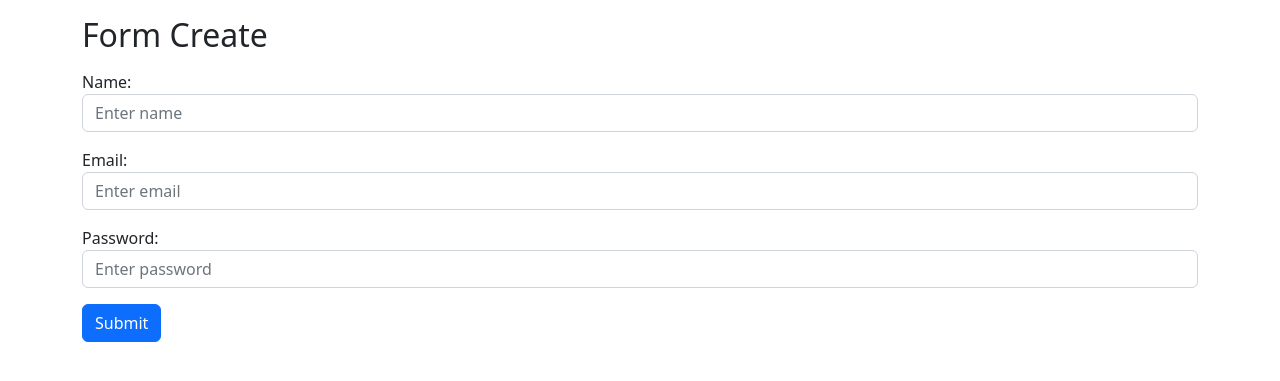
Repository: HoangLinh2001/PHP
Page: http://localhost/create_employee.php
An editor plug-in stored every save of this project. The page is shown before and after the next save, followed by the edit.
The browser window is 1280 px wide. The pictures show the whole page.
The page is run by PHP 8.4 with error messages shown; the project is at /var/www/html/.

Above is the page before, as saved 2023-06-20 20:58:42.

### DEMOPHPBUOI2/create_employee.php
<!DOCTYPE html>
<html lang="en">
<head>
  <title>Bootstrap Example</title>
  <meta charset="utf-8">
  <meta name="viewport" content="width=device-width, initial-scale=1">
  <link href="https://cdn.jsdelivr.net/npm/bootstrap@5.2.3/dist/css/bootstrap.min.css" rel="stylesheet">
  <script src="https://cdn.jsdelivr.net/npm/bootstrap@5.2.3/dist/js/bootstrap.bundle.min.js"></script>
</head>
<body>

<?php
require_once('connectdb.php');
$name = $email = $password = "";
$nameError = "";
$emailError = "";
$passwordError = "";
if ($_SERVER["REQUEST_METHOD"] == "POST") {
    // Kiểm tra và lấy giá trị từ form
    $name = $_POST["name"];
    $email = $_POST["email"];
    $password = $_POST["password"];

    // Kiểm tra điều kiện và xử lý dữ liệu
    if (empty($name)) {
        $nameError = "Name is required";
    }

    if (empty($password)) {
        $passwordError = "Password is required";
    }

    // Nếu không có lỗi, thực hiện lưu dữ liệu vào cơ sở dữ liệu hoặc thực hiện các xử lý khác ở đây
    if (empty($nameError) && empty($passwordError)) {
        // Kết nối đến cơ sở dữ liệu
        $conn = new mysqli("localhost", "username", "password", "database_name");

        // Kiểm tra kết nối
        if ($conn->connect_error) {
            die("Connection failed: " . $conn->connect_error);
        }

        // Tiến hành xử lý lưu dữ liệu vào cơ sở dữ liệu hoặc các xử lý khác
        // Ví dụ:
        $sql = "INSERT INTO users (name, email, password) VALUES ('$name', '$email', '$password')";
        if ($conn->query($sql) === TRUE) {
            echo "Data inserted successfully";
        } else {
            echo "Error: " . $sql . "<br>" . $conn->error;
        }

        // Đóng kết nối
        $conn->close();
    }
}

?>

<div class="container mt-3">
  <h2>Form Create</h2>
  <form action="/action_page.php">
  <div class="mb-3 mt-3">
      <label for="name">Name:</label>
      <input type="text" class="form-control" id="name" placeholder="Enter name" name="name">
      <span class="text-danger"><?php echo $nameError?></span>
    </div>
    <div class="mb-3 mt-3">
      <label for="email">Email:</label>
      <input type="email" class="form-control" id="email" placeholder="Enter email" name="email">
      <span class="text-danger"><?php echo $emailError?></span>
    </div>
    <div class="mb-3">
      <label for="password">Password:</label>
      <input type="password" class="form-control" id="password" placeholder="Enter password" name="password">
      <span class="text-danger"><?php echo $passwordError?></span>
    </div>
    <button type="submit" class="btn btn-primary">Submit</button>
  </form>
</div>

</body>
</html>

### DEMOPHPBUOI2/connectdb.php
<?php
    $serverName = "localhost";
    $username = "root";
    $password = "";
    $dbname = "emdatabase";
    //create connection
    $con = new mysqli($serverName,$username,$password,$dbname);
    //check connection
    // if ($con -> connect_error) {
    //     die("connection failed: ".$con->connect_error);
    // }
    // echo "connect successfully !";
?>

After the next save:
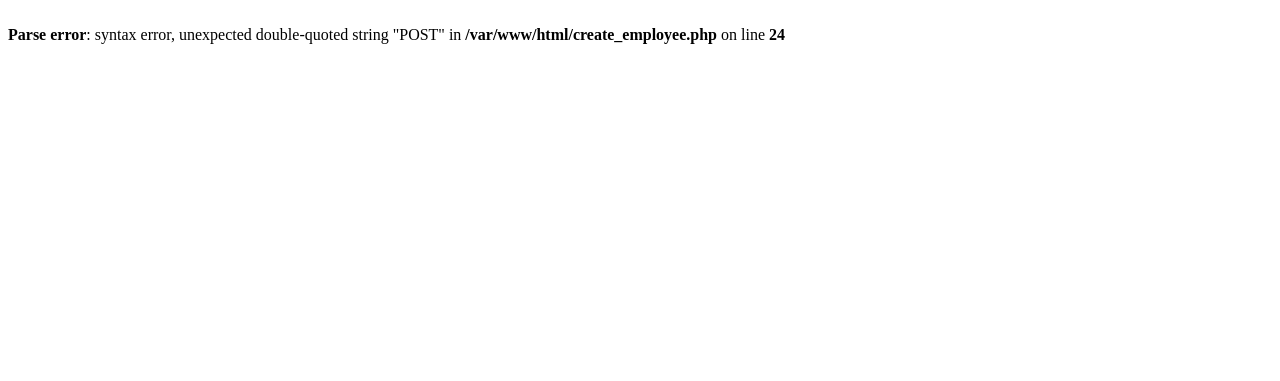
Saved 9 min 29 s later.
--- a/DEMOPHPBUOI2/create_employee.php
+++ b/DEMOPHPBUOI2/create_employee.php
@@ -21,36 +21,33 @@
     $email = $_POST["email"];
     $password = $_POST["password"];
 
-    // Kiểm tra điều kiện và xử lý dữ liệu
-    if (empty($name)) {
-        $nameError = "Name is required";
+    if ($_SERVER["REQUEST_METHOD"] ==0 "POST") {
+        if (empty($_POST['name'])) {
+            $nameError = "name is error";
+        }
+        else{
+            $name = $_POST['name'];
+        }
+        if (empty($_POST['email'])) {
+            $nemailError = "email is error";
+        }else {
+            $email = $_POST['email'];
+            if (!filter_var($email,FILTER_VALIDATE_EMAIL)) {
+                echo "Invalid email format";
+            }
+        }
+        if (empty($_POST['password'])) {
+            $nemailError = "password is error";
+        }
+        else{
+            $password = $_POST['password'];
+        }
     }
-
-    if (empty($password)) {
-        $passwordError = "Password is required";
-    }
-
-    // Nếu không có lỗi, thực hiện lưu dữ liệu vào cơ sở dữ liệu hoặc thực hiện các xử lý khác ở đây
-    if (empty($nameError) && empty($passwordError)) {
-        // Kết nối đến cơ sở dữ liệu
-        $conn = new mysqli("localhost", "username", "password", "database_name");
-
-        // Kiểm tra kết nối
-        if ($conn->connect_error) {
-            die("Connection failed: " . $conn->connect_error);
-        }
-
-        // Tiến hành xử lý lưu dữ liệu vào cơ sở dữ liệu hoặc các xử lý khác
-        // Ví dụ:
-        $sql = "INSERT INTO users (name, email, password) VALUES ('$name', '$email', '$password')";
-        if ($conn->query($sql) === TRUE) {
-            echo "Data inserted successfully";
-        } else {
-            echo "Error: " . $sql . "<br>" . $conn->error;
-        }
-
-        // Đóng kết nối
-        $conn->close();
+    //insert into mysql
+    if (empty($nameError) && empty($emailError && empty($passwordError))) {
+        $createQuery = "INSERT INTO emptp(name,email,ppassword) VALUES (?,?,?)";
+        $stmt = $con->prepare($createQuery);
+        $stmt->bind_param("sss",$name,$email,$password);
     }
 }
 

After the save that followed:
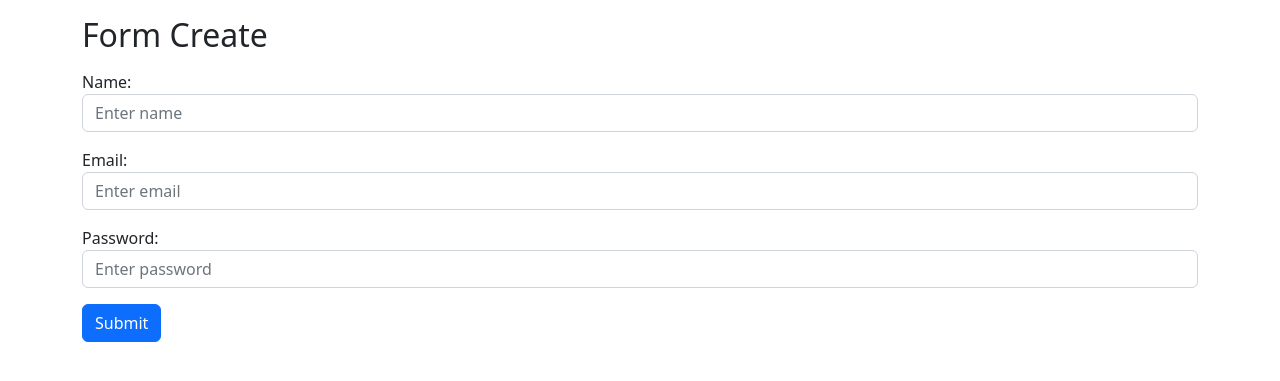
Saved 75 s later.
--- a/DEMOPHPBUOI2/create_employee.php
+++ b/DEMOPHPBUOI2/create_employee.php
@@ -21,7 +21,7 @@
     $email = $_POST["email"];
     $password = $_POST["password"];
 
-    if ($_SERVER["REQUEST_METHOD"] ==0 "POST") {
+    if ($_SERVER["REQUEST_METHOD"] === "POST") {
         if (empty($_POST['name'])) {
             $nameError = "name is error";
         }
@@ -48,6 +48,9 @@
         $createQuery = "INSERT INTO emptp(name,email,ppassword) VALUES (?,?,?)";
         $stmt = $con->prepare($createQuery);
         $stmt->bind_param("sss",$name,$email,$password);
+        $stmt->execute();
+        $stmt->close();
+        echo "create employee successfully !";
     }
 }
 
